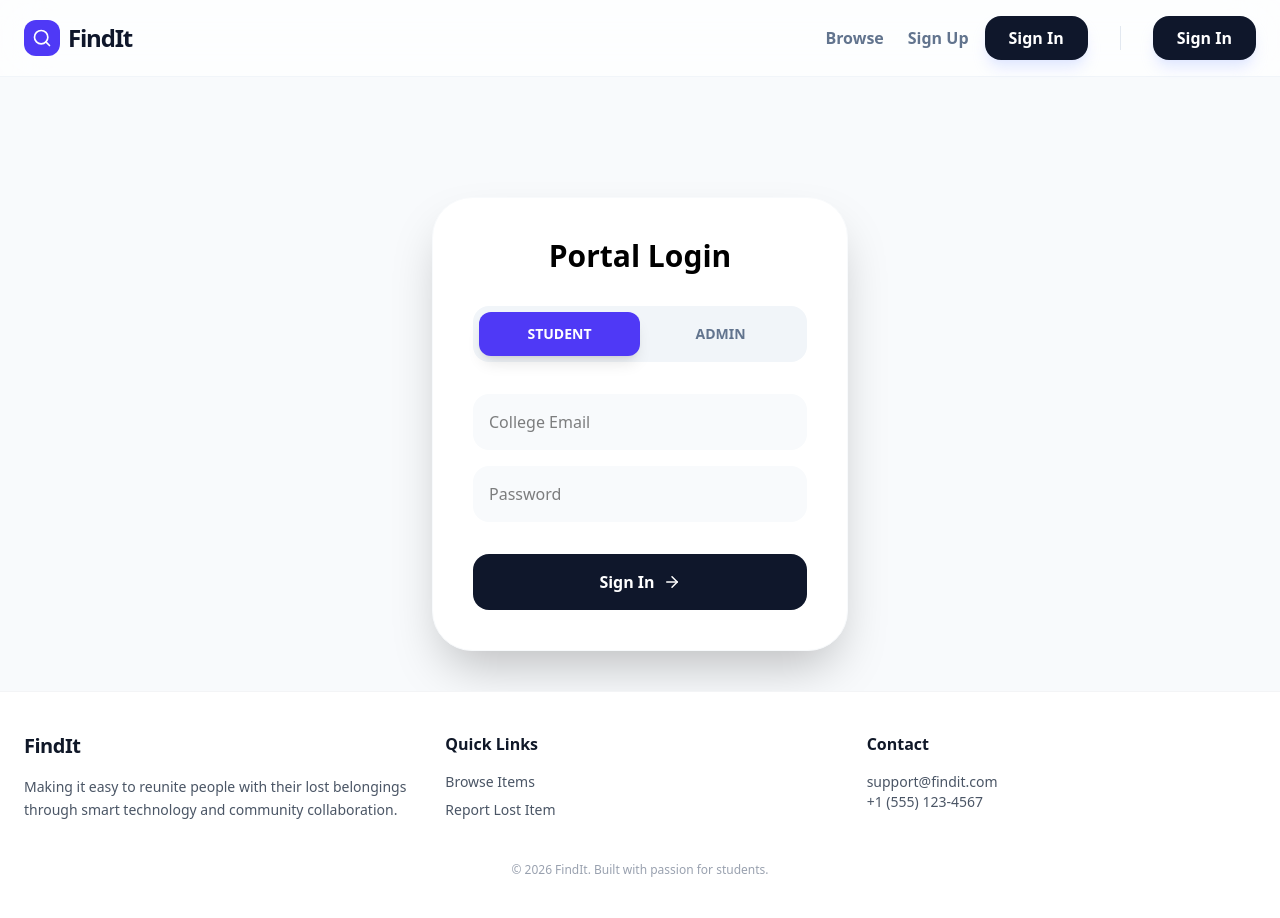
Repository: roygaurav007/lost-and-found
Page: /login (app in Frontend/client/)
These files come from the project's save history. The page is drawn as it stood at one moment and after the next save; the edit follows.
The browser window is 1280 px wide. The pictures show the whole page.
The project was rebuilt for these pictures with package versions that can differ from the ones it lists, and the page was loaded fresh each time. Also part of the build but not shown: Frontend/client/vite.config.js, Frontend/client/src/pages/Home.jsx, Frontend/client/src/pages/Signup.jsx, Frontend/client/src/utils/formSchemas.js, Frontend/client/src/pages/ReportItem.jsx, Frontend/client/src/pages/BrowseItems.jsx, Frontend/client/src/pages/AdminDashboard.jsx, Frontend/client/src/pages/UserDashboard.jsx.

Above is the page before, as saved 2026-02-04 12:59:33.

### Frontend/client/src/main.jsx
import React from 'react'
import ReactDOM from 'react-dom/client'
import { BrowserRouter } from 'react-router-dom'
import App from './App'
import './styles/global.css' // We are pointing to our new style folder

ReactDOM.createRoot(document.getElementById('root')).render(
  <React.StrictMode>
    <BrowserRouter>
      <App />
    </BrowserRouter>
  </React.StrictMode>,
)

### Frontend/client/src/App.jsx
import { Routes, Route, Navigate } from 'react-router-dom';
import { Toaster } from 'react-hot-toast';
import { AuthProvider, useAuth } from './context/AuthContext';
import Layout from './components/Layout';
import Home from './pages/Home';
import Login from './pages/Login';
import Signup from './pages/Signup'; // 🆕 Import Signup
import ReportItem from './pages/ReportItem';
import BrowseItems from './pages/BrowseItems';
import AdminDashboard from './pages/AdminDashboard';
import UserDashboard from './pages/UserDashboard';

const ProtectedRoute = ({ children, allowedRole }) => {
  const { user } = useAuth();
  if (!user) return <Navigate to="/login" replace />;
  if (user.role !== allowedRole) return <Navigate to="/" replace />;
  return children;
};

function AppContent() {
  return (
    <Layout>
      <Toaster position="top-center" />
      <Routes>
        <Route path="/" element={<Home />} />
        <Route path="/login" element={<Login />} />
        <Route path="/signup" element={<Signup />} /> {/* 🆕 Added Route */}
        <Route path="/browse" element={<BrowseItems />} />

        <Route path="/student-hub" element={
          <ProtectedRoute allowedRole="user"><UserDashboard /></ProtectedRoute>
        } />
        <Route path="/admin" element={
          <ProtectedRoute allowedRole="admin"><AdminDashboard /></ProtectedRoute>
        } />

        <Route path="/report" element={<ReportItem />} />
        <Route path="*" element={<div className="py-20 text-center font-bold text-2xl">404: Not Found</div>} />
      </Routes>
    </Layout>
  );
}

export default function App() {
  return (
    <AuthProvider>
      <AppContent />
    </AuthProvider>
  );
}

### Frontend/client/src/context/AuthContext.jsx
import { createContext, useContext, useState, useEffect } from 'react';

const AuthContext = createContext();

export const AuthProvider = ({ children }) => {
  const [user, setUser] = useState(null);
  const [loading, setLoading] = useState(true);

  useEffect(() => {
    const savedUser = localStorage.getItem('findit_user');
    if (savedUser) setUser(JSON.parse(savedUser));
    setLoading(false);
  }, []);

  const login = async (role) => {
    const mockUser = { role, email: role === 'admin' ? 'admin@college.edu' : 'student@college.edu' };
    setUser(mockUser);
    localStorage.setItem('findit_user', JSON.stringify(mockUser));
    return true;
  };

  // 🆕 Added Register Function
  const register = async (userData) => {
    // 🔌 BACKEND CONNECT POINT: Replace with axios.post('/api/register', userData) later
    const mockUser = { ...userData, role: 'user' }; // Default to 'user' role
    setUser(mockUser);
    localStorage.setItem('findit_user', JSON.stringify(mockUser));
    return true;
  };

  const logout = () => {
    setUser(null);
    localStorage.removeItem('findit_user');
  };

  return (
    <AuthContext.Provider value={{ user, login, register, logout, loading }}>
      {!loading && children}
    </AuthContext.Provider>
  );
};

export const useAuth = () => useContext(AuthContext);

### Frontend/client/src/components/Layout.jsx
import Navbar from './Navbar';
import Footer from './Footer';

const Layout = ({ children }) => {
  return (
    <div className="min-h-screen flex flex-col bg-slate-50">
      <Navbar />
      <main className="flex-grow container mx-auto px-6 py-10">
        {children}
      </main>
      <Footer />
    </div>
  );
};

export default Layout;

### Frontend/client/src/pages/Login.jsx
import { useState } from 'react';
import { useNavigate } from 'react-router-dom';
import { useAuth } from '../context/AuthContext';
import { motion } from 'framer-motion';
import { ArrowRight } from 'lucide-react';

const Login = () => {
  const [role, setRole] = useState('user');
  const { login } = useAuth();
  const navigate = useNavigate();

  const handleLogin = async (e) => {
    e.preventDefault();
    await login(role);
    role === 'admin' ? navigate('/admin') : navigate('/student-hub');
  };

  return (
    <div className="max-w-md mx-auto mt-20 px-4">
      <motion.div initial={{ opacity: 0, scale: 0.9 }} animate={{ opacity: 1, scale: 1 }} className="bg-white p-10 rounded-[2.5rem] shadow-2xl border border-slate-50">
        <h2 className="text-3xl font-black text-center mb-8">Portal Login</h2>

        <div className="flex bg-slate-100 p-1.5 rounded-2xl mb-8 relative">
          <motion.div
            animate={{ x: role === 'user' ? 0 : '100%' }}
            className="absolute top-1.5 bottom-1.5 left-1.5 w-[calc(50%-6px)] bg-indigo-600 rounded-xl shadow-lg"
          />
          <button onClick={() => setRole('user')} className={`flex-1 py-3 text-sm font-black z-10 transition ${role === 'user' ? 'text-white' : 'text-slate-500'}`}>STUDENT</button>
          <button onClick={() => setRole('admin')} className={`flex-1 py-3 text-sm font-black z-10 transition ${role === 'admin' ? 'text-white' : 'text-slate-500'}`}>ADMIN</button>
        </div>

        <form onSubmit={handleLogin} className="space-y-4">
          <input type="email" placeholder="College Email" className="w-full p-4 bg-slate-50 rounded-2xl outline-none focus:ring-2 focus:ring-indigo-500" required />
          <input type="password" placeholder="Password" className="w-full p-4 bg-slate-50 rounded-2xl outline-none focus:ring-2 focus:ring-indigo-500" required />
          <button type="submit" className="w-full bg-slate-900 text-white py-4 rounded-2xl font-black flex items-center justify-center gap-2 hover:bg-indigo-600 transition mt-4">
            Sign In <ArrowRight size={18} />
          </button>
        </form>
      </motion.div>
    </div>
  );
};

export default Login;

### Frontend/client/src/components/Navbar.jsx
import { Link, useNavigate } from 'react-router-dom';
import { motion } from 'framer-motion';
import { useAuth } from '../context/AuthContext';
import { Search, LogOut, ShieldCheck, LayoutDashboard } from 'lucide-react';

const Navbar = () => {
  const { user, logout } = useAuth();
  const navigate = useNavigate();

  const handleLogout = () => {
    logout();
    navigate('/');
  };

  return (
    <nav className="sticky top-0 z-50 bg-white/70 backdrop-blur-xl border-b border-slate-100 px-6 py-4">
      <div className="max-w-7xl mx-auto flex justify-between items-center">
        <Link to="/" className="flex items-center gap-2 group">
          <motion.div whileHover={{ rotate: 15 }} className="bg-indigo-600 p-2 rounded-xl text-white">
            <Search size={20} />
          </motion.div>
          <span className="text-2xl font-black text-slate-900 tracking-tighter">FindIt</span>
        </Link>

        <div className="hidden md:flex items-center gap-6">
          <Link to="/browse" className="text-slate-500 font-bold hover:text-indigo-600 transition">Browse</Link>

          {user?.role === 'admin' && (
            <Link to="/admin" className="flex items-center gap-2 bg-rose-50 text-rose-600 px-4 py-2 rounded-xl font-black border border-rose-100">
              <ShieldCheck size={18} /> Admin Panel
            </Link>
          )}

{user ? (
  <button onClick={handleLogout} className="flex items-center gap-2 text-slate-600 font-bold hover:text-rose-500 transition">
    <LogOut size={18} /> Logout
  </button>
) : (
  <div className="flex items-center gap-4">
    <Link to="/signup" className="text-slate-500 font-bold hover:text-indigo-600 transition">
      Sign Up
    </Link>
    <Link to="/login" className="bg-slate-900 text-white px-6 py-2.5 rounded-2xl font-bold hover:bg-indigo-600 transition shadow-lg shadow-indigo-100">
      Sign In
    </Link>
  </div>
)}
          {user?.role === 'user' && (
            <Link to="/student-hub" className="flex items-center gap-2 bg-indigo-50 text-indigo-600 px-4 py-2 rounded-xl font-black border border-indigo-100">
              <LayoutDashboard size={18} /> Student Hub
            </Link>
          )}

          <div className="h-6 w-[1px] bg-slate-200 mx-2" />

          {user ? (
            <button onClick={handleLogout} className="flex items-center gap-2 text-slate-600 font-bold hover:text-rose-500 transition">
              <LogOut size={18} /> Logout
            </button>
          ) : (
            <Link to="/login" className="bg-slate-900 text-white px-6 py-2.5 rounded-2xl font-bold hover:bg-indigo-600 transition shadow-lg shadow-indigo-100">
              Sign In
            </Link>
          )}
        </div>
      </div>
    </nav>
  );
};

export default Navbar;

### Frontend/client/src/components/Footer.jsx
const Footer = () => {
  return (
    <footer className="bg-white border-t border-gray-100 py-10 mt-auto">
      <div className="max-w-7xl mx-auto px-6 grid grid-cols-1 md:grid-cols-3 gap-8 text-gray-600">
        <div>
          <h3 className="text-gray-900 font-black text-xl mb-4 tracking-tight">FindIt</h3>
          <p className="text-sm leading-relaxed">Making it easy to reunite people with their lost belongings through smart technology and community collaboration.</p>
        </div>
        <div>
          <h4 className="font-bold text-gray-900 mb-4">Quick Links</h4>
          <ul className="space-y-2 text-sm">
            <li><a href="/browse" className="hover:text-blue-600 transition">Browse Items</a></li>
            <li><a href="/report" className="hover:text-blue-600 transition">Report Lost Item</a></li>
          </ul>
        </div>
        <div>
          <h4 className="font-bold text-gray-900 mb-4">Contact</h4>
          <p className="text-sm">support@findit.com</p>
          <p className="text-sm">+1 (555) 123-4567</p>
        </div>
      </div>
      <div className="text-center mt-10 text-xs text-gray-400">
        © 2026 FindIt. Built with passion for students.
      </div>
    </footer>
  );
};

export default Footer;

Loaded but not shown: Frontend/client/index.html (common file); Frontend/client/src/styles/global.css (common file)

After the next save:
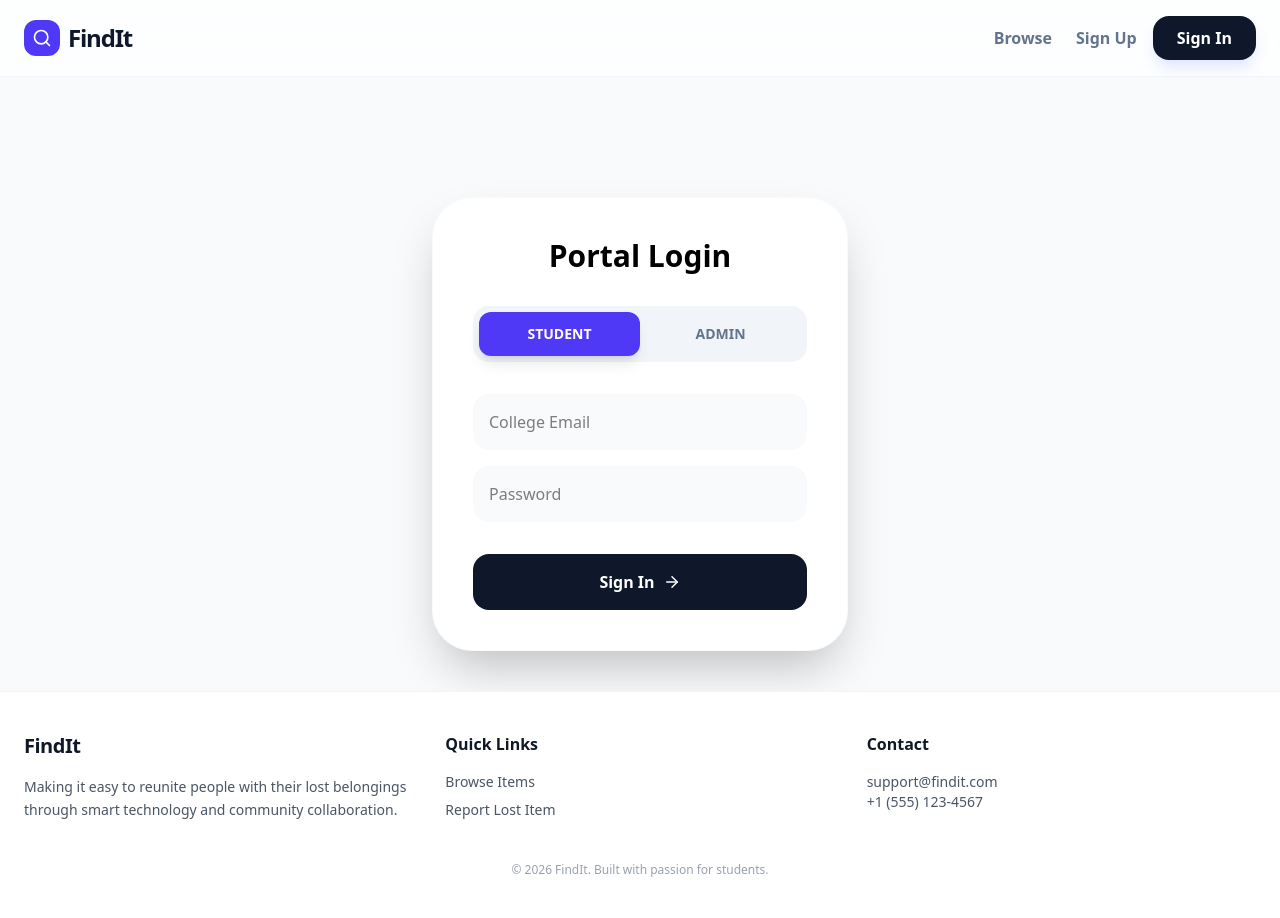
Saved 73 s later.
--- a/Frontend/client/src/components/Navbar.jsx
+++ b/Frontend/client/src/components/Navbar.jsx
@@ -45,23 +45,7 @@ const Navbar = () => {
     </Link>
   </div>
 )}
-          {user?.role === 'user' && (
-            <Link to="/student-hub" className="flex items-center gap-2 bg-indigo-50 text-indigo-600 px-4 py-2 rounded-xl font-black border border-indigo-100">
-              <LayoutDashboard size={18} /> Student Hub
-            </Link>
-          )}
 
-          <div className="h-6 w-[1px] bg-slate-200 mx-2" />
-
-          {user ? (
-            <button onClick={handleLogout} className="flex items-center gap-2 text-slate-600 font-bold hover:text-rose-500 transition">
-              <LogOut size={18} /> Logout
-            </button>
-          ) : (
-            <Link to="/login" className="bg-slate-900 text-white px-6 py-2.5 rounded-2xl font-bold hover:bg-indigo-600 transition shadow-lg shadow-indigo-100">
-              Sign In
-            </Link>
-          )}
         </div>
       </div>
     </nav>
